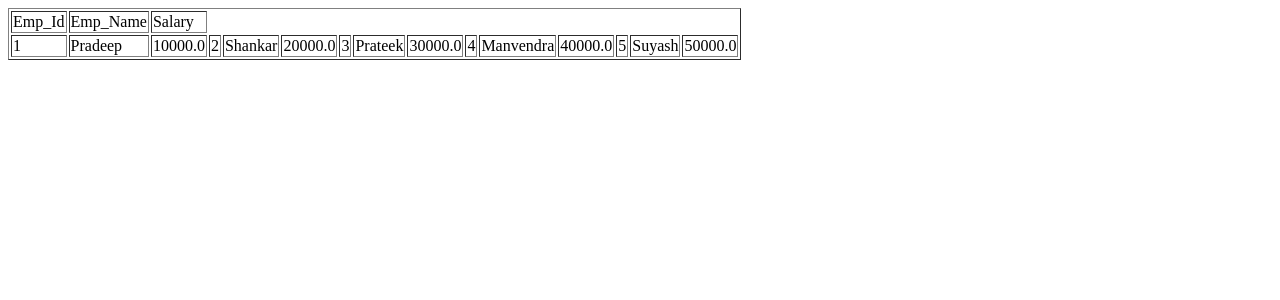
Repository: pradeep9689/monoceptAssignment
Page: http://localhost/04-jstl-tag-demo/employee-for-each.jsp
An editor plug-in stored every save of this project. The page is shown before and after the next save, followed by the edit.
The browser window is 1280 px wide. The pictures show the whole page.
The page is served by Tomcat 9.

Above is the page before, as saved 2024-07-15 09:27:29.

After the next save:
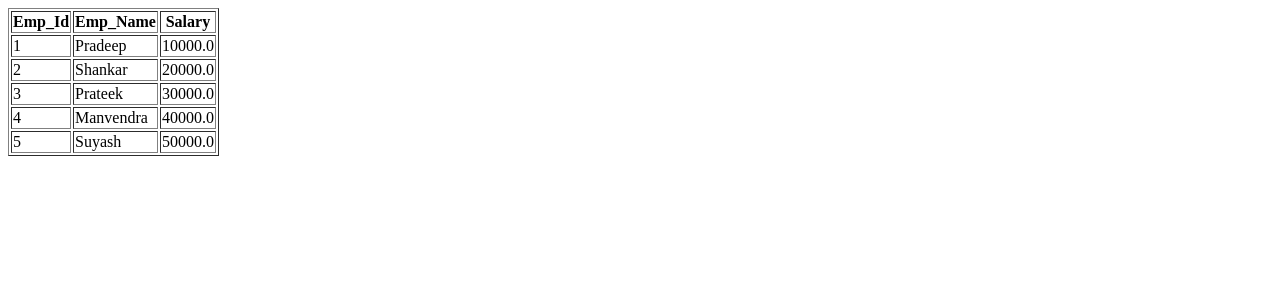
Saved 101 s later.
--- a/04-jstl-tag-demo/WebContent/employee-for-each.jsp
+++ b/04-jstl-tag-demo/WebContent/employee-for-each.jsp
@@ -22,14 +22,15 @@
 	%>
 	<table border=1>
 		<tr>
-			<td>Emp_Id</td>
-			<td>Emp_Name</td>
-			<td>Salary</td>
+			<th>Emp_Id</th>
+			<th>Emp_Name</th>
+			<th>Salary</th>
 		</tr>
-		<c:forEach var="emp" items="${EmployeeList }">
+		<tbody><c:forEach var="emp" items="${EmployeeList }">
 			<td>${emp.id}</td>
 			<td>${emp.name}</td>
-			<td>${emp.salray}</td>
+			<td>${emp.salray}</td></tbody>
+
 
 
 		</c:forEach>
